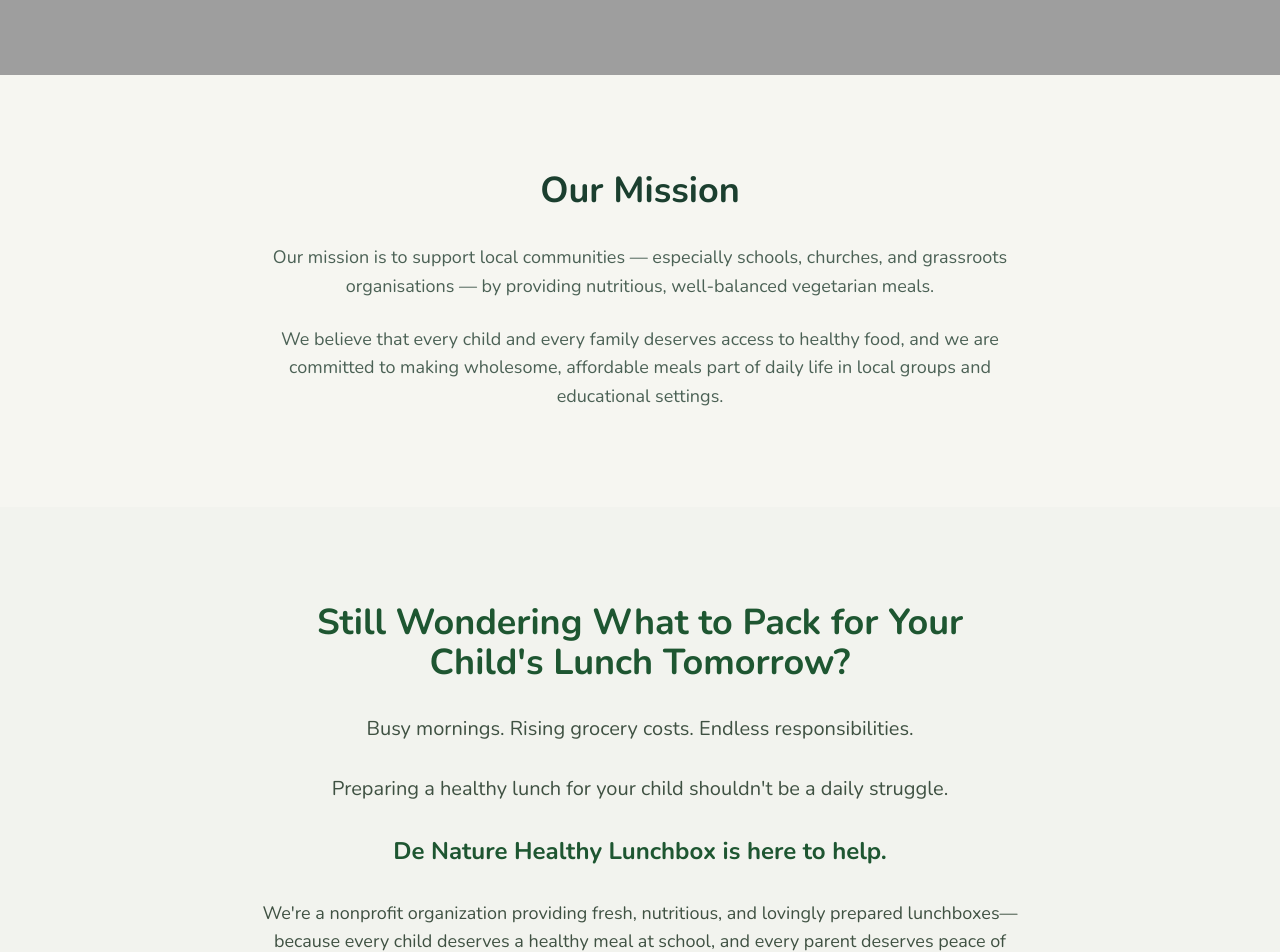
Repository: sunnyyan01/denature-website
Page: /
These files come from the project's save history. The page is drawn as it stood at one moment and after the next save; the edit follows.
The browser window is 1280 px wide. The pictures show the part of the page from y = 685 to 1637 px (the page is 2111 px tall before and 2140 px after).
Pictures or frames that could not be fetched are drawn as grey boxes. The project was rebuilt for these pictures with package versions that can differ from the ones it lists, and the page was loaded fresh each time. The framework's server and built-in components were replaced by stand-ins that run in the browser. Also part of the build but not shown: next.config.js.

Above is the page before, as saved 2025-05-15 22:38:48.

After the next save:
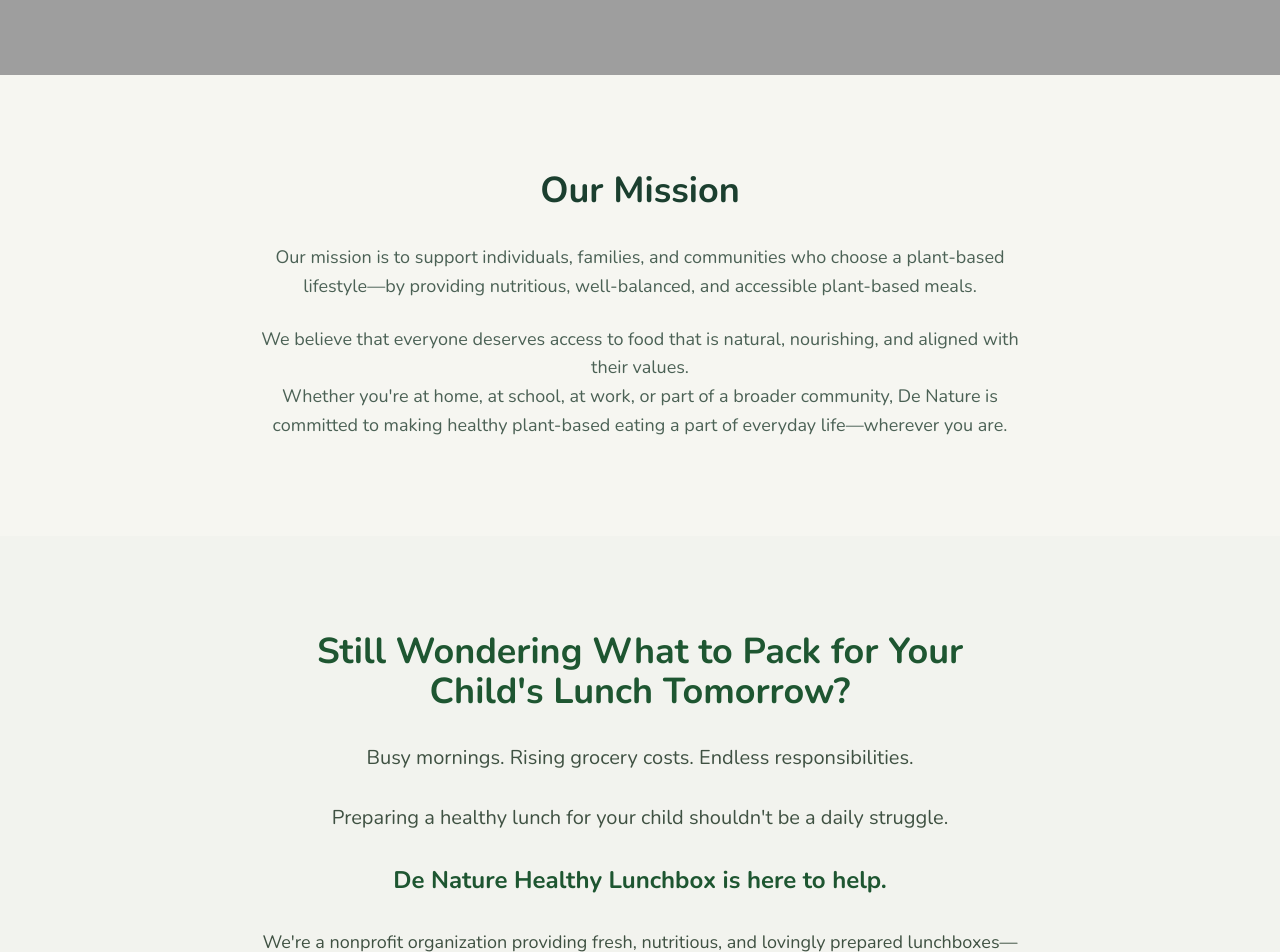
Saved 3 min 59 s later.
--- a/src/app/page.tsx
+++ b/src/app/page.tsx
@@ -48,10 +48,11 @@
             <h2 className="text-3xl md:text-4xl font-bold mb-8 font-heading" style={{ color: '#1B3F2F' }}>Our Mission</h2>
             <div className="space-y-6 text-lg leading-relaxed" style={{ color: '#4B6155' }}>
               <p>
-                Our mission is to support local communities — especially schools, churches, and grassroots organisations — by providing nutritious, well-balanced vegetarian meals.
+                Our mission is to support individuals, families, and communities who choose a plant-based lifestyle—by providing nutritious, well-balanced, and accessible plant-based meals.
               </p>
               <p>
-                We believe that every child and every family deserves access to healthy food, and we are committed to making wholesome, affordable meals part of daily life in local groups and educational settings.
+                We believe that everyone deserves access to food that is natural, nourishing, and aligned with their values.<br/>
+                Whether you're at home, at school, at work, or part of a broader community, De Nature is committed to making healthy plant-based eating a part of everyday life—wherever you are.
               </p>
             </div>
           </div>
